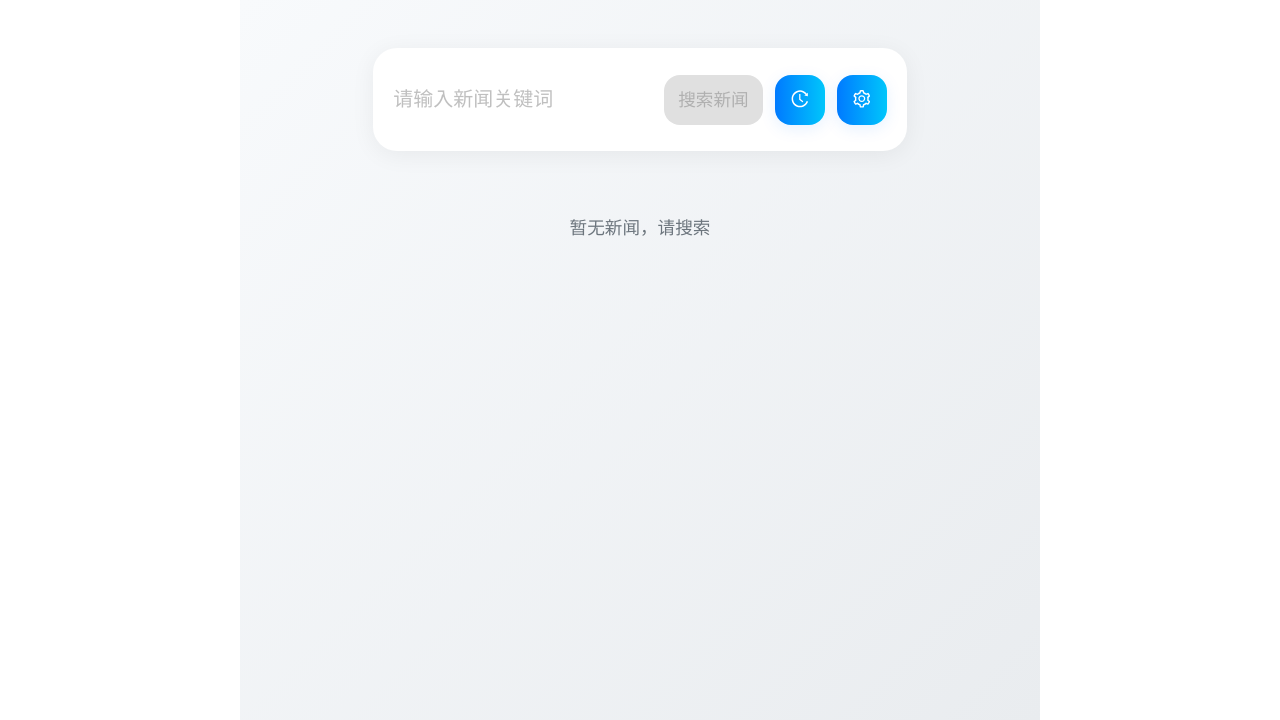
Repository: XJN7197/NewsAssistantBaseMCP
Page: / (app in frontend/)
These files come from the project's save history. The page is drawn as it stood at one moment and after the next save; the edit follows.
The browser window is 1280 px wide. The pictures show the whole page.
The project was rebuilt for these pictures with package versions that can differ from the ones it lists, and the page was loaded fresh each time. Also part of the build but not shown: frontend/vite.config.ts.

Above is the page before, as saved 2025-05-23 18:39:54.

### frontend/src/App.tsx
import { useState } from 'react'
import Home from './pages/Home'
import './App.css'

function App() {

  return (
    <>
      <Home/>
    </>
  )
}

export default App

### frontend/src/pages/Home.module.css
.home-container {
  height: 100vh;
  width: 800px;
  background: linear-gradient(135deg, #f8fafc 0%, #e9ecef 100%);
  display: flex;
  flex-direction: column;
  align-items: center;
  padding: 48px 0 48px 0; /* 调整了上下padding，左右padding设为0，因为内容区会通过max-width控制 */
  font-family: -apple-system, BlinkMacSystemFont, "Segoe UI", Roboto, "Helvetica Neue", Arial, "PingFang SC", "Hiragino Sans GB", "Microsoft YaHei", sans-serif;
}

.search-bar {
  display: flex;
  justify-content: flex-end; /* 右对齐 */
  align-items: center;
  gap: 12px; /* 固定间距 */
  position: sticky;
  top: 0;
  z-index: 1;
  background: #fff;
  border-radius: 24px;
  box-shadow: 0 4px 24px 0 rgba(0,0,0,0.06);
  padding: 24px 20px;
  margin-bottom: 24px;
  width: 66.66%;
  max-width: none;
}

.search-bar input[type="text"] {
  flex: 1; /* 让输入框占据剩余空间 */
  min-width: 0; /* 防止flex子元素溢出 */
  width: auto;
  border: none;
  outline: none;
  font-size: 1.25rem;
  background: transparent;
  color: #222;
  padding: 12px 16px;
  margin: 0;
  box-sizing: border-box;
}

.search-bar button {
  height: 50px;
  background: linear-gradient(90deg, #007aff 0%, #00c6fb 100%);
  color: #fff;
  border: none;
  border-radius: 16px; /* 更大的圆角 */
  padding: 14px 36px; /* 增加了按钮padding */
  font-size: 1.1rem; /* 稍大字体 */
  font-weight: 500;
  cursor: pointer;
  transition: background 0.2s, box-shadow 0.2s;
  box-shadow: 0 4px 16px 0 rgba(0,122,255,0.10); /* 按钮阴影 */
}

.search-bar button:disabled {
  background: #e0e0e0;
  color: #b0b0b0;
  cursor: not-allowed;
  box-shadow: none;
}

.news-list-container { /* Renamed from .news-list */
  width: 66.66%; /* 宽度固定为视口宽度的2/3 */
  /* height: 1500px; 高度固定为1500px */
  max-width: none; /* 移除最大宽度限制 */
  margin-bottom: 40px;
  min-height: 180px; /* 最小高度，避免内容过少时塌陷 */
  display: flex;
  flex-direction: column;
  gap: 24px; /* 新闻卡片之间的间距 */
  overflow-y: auto; /* 添加垂直滚动 */
  /* 可以在这里添加新闻卡片的样式，或者为新闻卡片组件单独创建样式文件 */
}

/* 针对 news-list 中暂无新闻的提示文本样式 */
.news-list > div {
  color: #6c757d; /* 柔和的提示文字颜色 */
  font-size: 1.1rem;
  text-align: center;
  padding: 40px 0;
}

/* Styles for .news-card, .checkbox-container, .news-content, .news-title, .news-desc, .news-link are removed as Ant Design components handle them */

/* 错误消息样式 */
.error-message {
  color: #dc3545; /* 红色错误提示 */
  font-size: 1.1rem;
  text-align: center;
  padding: 40px 0;
}


.analyze-btn {
  margin-bottom: 32px;
}

.analyze-btn button {
  background: linear-gradient(90deg, #34e89e 0%, #0f3443 100%); /* 保持了之前的渐变色 */
  color: #fff;
  border: none;
  border-radius: 16px; /* 更大的圆角 */
  padding: 16px 48px; /* 增加了按钮padding */
  font-size: 1.2rem; /* 稍大字体 */
  font-weight: 600;
  cursor: pointer;
  transition: background 0.2s, box-shadow 0.2s;
  box-shadow: 0 4px 16px 0 rgba(52,232,158,0.10); /* 按钮阴影 */
}

.analyze-btn button:disabled {
  background: #e0e0e0;
  color: #b0b0b0;
  cursor: not-allowed;
  box-shadow: none;
}

/* Styles for .report-modal and its children are removed as Ant Design Modal component handles them */

### frontend/src/mock/newsData.ts
export const mockNewsData = {
    news_list: [
      {
        title: "Qwen引领AI前端技术革新：深度解析一句话开发网页的突破_模型_行业_创新",
        desc: "在人工智能快速发展的2025年，来自量子位的最新报道显示，AI技术正迎来前所未有的革新，尤其是在前端开发领域。由Qwen推出的“AI前端工程师”WebDev工具，以...",
        url: "https://news.sohu.com/a/893821748_121924584"
      },
      {
        title: "谷歌推Gemini2.5Pro模型，AI 助力前端开发与复杂编程",
        desc: "谷歌推Gemini2.5Pro模型#，AI 助力前端开发与复杂编程】5 月7 日消息，科技媒体The Decoder 昨日（5 月6 日）发布博文，报道称谷歌为预热今年的I/O...",
        url: "https://news.sina.com.cn/external/car/2025-05-07/doc-inevtine1324735.shtml"
      },
      {
        title: "前端程序员请注意！首个截图就能生成现代前端代码的AI来了 | 已开源",
        desc: "现在截图生成代码，已经来到了一个新高度——. ⾸个⾯向现代前端代码⽣成的多模态⼤模型解决⽅案，来了！ 而且是开源的那种。 前端程序员请注意！首个截图就能...",
        url: "https://www.qbitai.com/2025/02/258521.html"
      },
      {
        title: "AI包办79%代码，程序员饭碗不保，前端开发要凉，人类只配改Bug？",
        desc: "编码助手更偏向自动化。有79%的Claude Code对话可以被归为「自动化」，即AI直接完成任务，而不是与人类协作「增强」。相比之下，Claude.ai的对话中只有49%是...",
        url: "https://m.36kr.com/p/3271134281245063"
      },
      {
        title: "武汉烽火申请前后端协同开发方法专利，大大降低前后端耦合度",
        desc: "本文源自:金融界. 金融界2025年5月15日消息，国家知识产权局信息显示，武汉烽火信息集成技术有限公司申请一项名为“前后端协同开发方法、装置、设备及可...",
        url: "https://cj.sina.cn/articles/view/1704103183/65928d0f02007wlqg?froms=ggmp"
      }
    ]
  };

### frontend/src/mock/reportData.ts
// 模拟舆情分析报告数据
export const mockReportData = {
  report: `
  **分析时间：** 2025-05-22 20:48:32

  ---

  ## 📥 原始新闻内容

  ### 新闻1
  - **标题**: Qwen引领AI前端技术革新：深度解析一句话开发网页的突破_模型_行业_创新
  - **描述**: 在人工智能快速发展的2025年，来自量子位的最新报道显示，AI技术正迎来前所未有的革新，尤其是在前端开发领域。由Qwen推出的“AI前端工程师”WebDev工具，以...
  - **链接**: https://news.sohu.com/a/893821748_121924584

  ### 新闻2
  - **标题**: 谷歌推Gemini2.5Pro模型，AI 助力前端开发与复杂编程
  - **描述**: 谷歌推Gemini2.5Pro模型#，AI 助力前端开发与复杂编程】5 月7 日消息，科技媒体The Decoder 昨日（5 月6 日）发布博文，报道称谷歌为预热今年的I/O...
  - **链接**: https://news.sina.com.cn/external/car/2025-05-07/doc-inevtine1324735.shtml

  ### 新闻3
  - **标题**: 前端程序员请注意！首个截图就能生成现代前端代码的AI来了 | 已开源
  - **描述**: 现在截图生成代码，已经来到了一个新高度——. ⾸个⾯向现代前端代码⽣成的多模态⼤模型解决⽅案，来了！ 而且是开源的那种。 前端程序员请注意！首个截图就能...
  - **链接**: https://www.qbitai.com/2025/02/258521.html

  ### 新闻4
  - **标题**: AI包办79%代码，程序员饭碗不保，前端开发要凉，人类只配改Bug？
  - **描述**: 编码助手更偏向自动化。有79%的Claude Code对话可以被归为「自动化」，即AI直接完成任务，而不是与人类协作「增强」。相比之下，Claude.ai的对话中只有49%是...
  - **链接**: https://m.36kr.com/p/3271134281245063

  ### 新闻5
  - **标题**: 武汉烽火申请前后端协同开发方法专利，大大降低前后端耦合度
  - **描述**: 本文源自:金融界. 金融界2025年5月15日消息，国家知识产权局信息显示，武汉烽火信息集成技术有限公司申请一项名为“前后端协同开发方法、装置、设备及可...
  - **链接**: https://cj.sina.cn/articles/view/1704103183/65928d0f02007wlqg?froms=ggmp

  ---

  ## 📊 分析结果

  ### 舆情分析报告
  **日期**：2025年5月
  **分析范围**：五篇关于AI与前端开发的新闻

  ---

  #### **一、情绪倾向分析**
  | 新闻编号 | 情绪倾向 | 原因说明 |
  |----------|----------|----------|
  | **新闻1** | **正面** | 强调Qwen的“革新”“突破”等词汇，突出AI技术对前端开发的赋能，传递积极创新信号。 |
  | **新闻2** | **正面** | 谷歌推出新模型推动“AI助力前端开发”，体现技术迭代的行业趋势，语气温和但积极。 |
  | **新闻3** | **正面** | 聚焦“首个截图生成代码”“开源”等关键词，展示AI工具的实用性和开放性，引发开发者关注。 |
  | **新闻4** | **负面** | 标题直接使用“饭碗不保”“要凉”等强烈词汇，讨论AI对程序员职业的冲击，情绪偏担忧。 |
  | **新闻5** | **正面** | 武汉烽火的专利申请聚焦“降低耦合度”技术优化，体现行业对效率提升的关注，属中性积极技术报道。 |

  ---

  #### **二、舆情总结**
  1. **技术革新主导正面情绪**
     - 多篇新闻聚焦AI在前端开发中的创新应用（如Qwen、Gemini2.5Pro、开源工具），强调效率提升、自动化开发等优势，反映行业对AI技术的期待与认可。
     - 专利申请（新闻5）进一步表明企业对技术优化的重视，传递积极发展趋势。

  2. **负面情绪集中于就业风险**
     - 新闻4通过“79%代码由AI包办”“程序员饭碗不保”等表述，引发对AI替代人力的焦虑，负面情绪显著，但未否认技术价值。

  3. **行业矛盾与机遇并存**
     - 正面报道多关注技术突破，负面内容则反映人类与AI协作模式的争议，整体呈现“技术进步”与“职业担忧”的双重叙事。

  ---

  #### **三、建议**
  - **技术开发者**：关注AI工具的开源与迭代（如新闻3），同时提升复合技能以适应自动化趋势。
  - **企业与政策制定者**：平衡技术应用与就业保障，推动人机协作模式的探索。
  - **媒体传播**：客观呈现AI对行业的赋能与挑战，避免过度渲染负面情绪。

  **结论**：当前舆情以技术革新为核心积极主题，但需警惕AI对职业结构的潜在冲击，行业需在创新与人文关怀间寻求平衡。
`
}

Loaded but not shown: frontend/index.html (common file); frontend/src/main.tsx (common file); frontend/src/index.css (common file); frontend/src/App.css (common file); frontend/src/pages/Home.tsx (587 lines, source omitted)

After the next save:
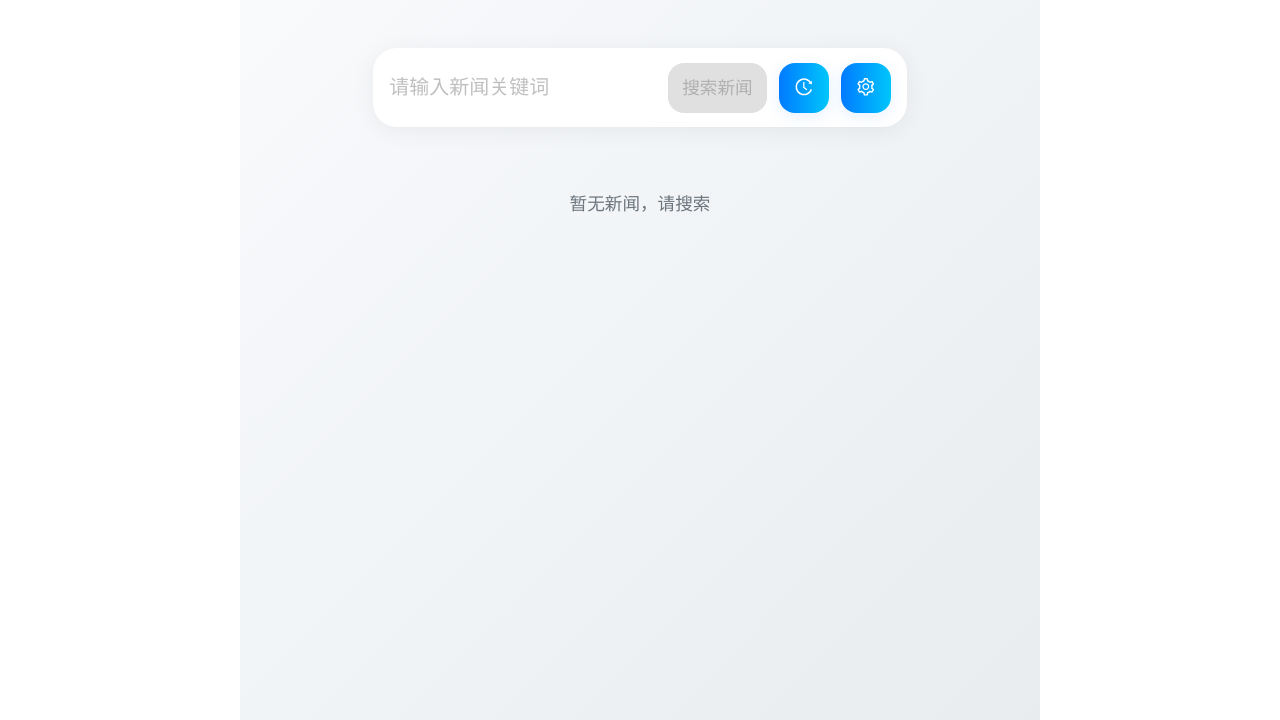
Saved 82 s later.
--- a/frontend/src/pages/Home.module.css
+++ b/frontend/src/pages/Home.module.css
@@ -11,35 +11,41 @@
 
 .search-bar {
   display: flex;
-  justify-content: flex-end; /* 右对齐 */
+  justify-content: flex-end;
   align-items: center;
-  gap: 12px; /* 固定间距 */
+  gap: 12px;
   position: sticky;
   top: 0;
   z-index: 1;
   background: #fff;
   border-radius: 24px;
   box-shadow: 0 4px 24px 0 rgba(0,0,0,0.06);
-  padding: 24px 20px;
+  padding: 12px 16px; /* 减小整体内边距 */
   margin-bottom: 24px;
   width: 66.66%;
   max-width: none;
 }
 
 .search-bar input[type="text"] {
-  flex: 1; /* 让输入框占据剩余空间 */
-  min-width: 0; /* 防止flex子元素溢出 */
-  width: auto;
+  flex: 1;
+  min-width: 200px; /* 设置最小宽度 */
   border: none;
   outline: none;
   font-size: 1.25rem;
   background: transparent;
   color: #222;
-  padding: 12px 16px;
+  padding: 8px 12px; /* 调整输入框内边距 */
   margin: 0;
   box-sizing: border-box;
+  border-radius: 8px; /* 添加圆角 */
+  transition: background 0.2s;
 }
 
+/* 添加输入框悬停效果 */
+.search-bar input[type="text"]:hover,
+.search-bar input[type="text"]:focus {
+  background: rgba(0, 0, 0, 0.02);
+}
 .search-bar button {
   height: 50px;
   background: linear-gradient(90deg, #007aff 0%, #00c6fb 100%);
